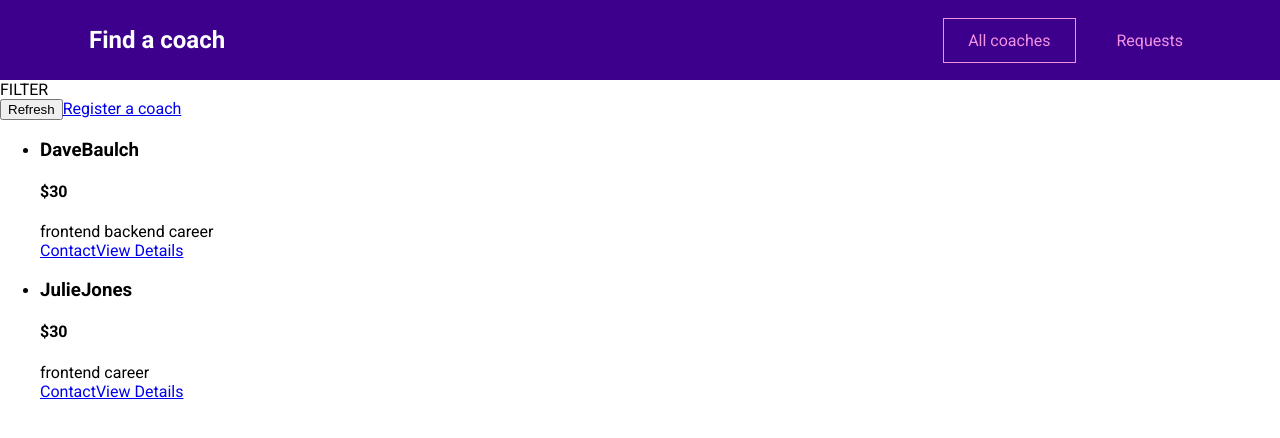
Repository: DaveBaulch/vue-course-find-a-coach
Page: /
The author's editor kept a copy of each file at every save. The page is drawn from the files as they stood at one save, then again after a run of saves.
The browser window is 1280 px wide. The pictures show the whole page.
The project was rebuilt for these pictures with package versions that can differ from the ones it lists, and the page was loaded fresh each time. Also part of the build but not shown: src/pages/coaches/CoachDetail.vue, src/pages/coaches/CoachRegistration.vue, src/pages/requests/ContactCoach.vue, src/pages/requests/RequestsReceived.vue. Imported but missing from the stored project, and not drawn on this page: src/pages/NotFound.vue.

Above is the page before, as saved 2021-01-23 14:46:50.

After the next 2 saves:
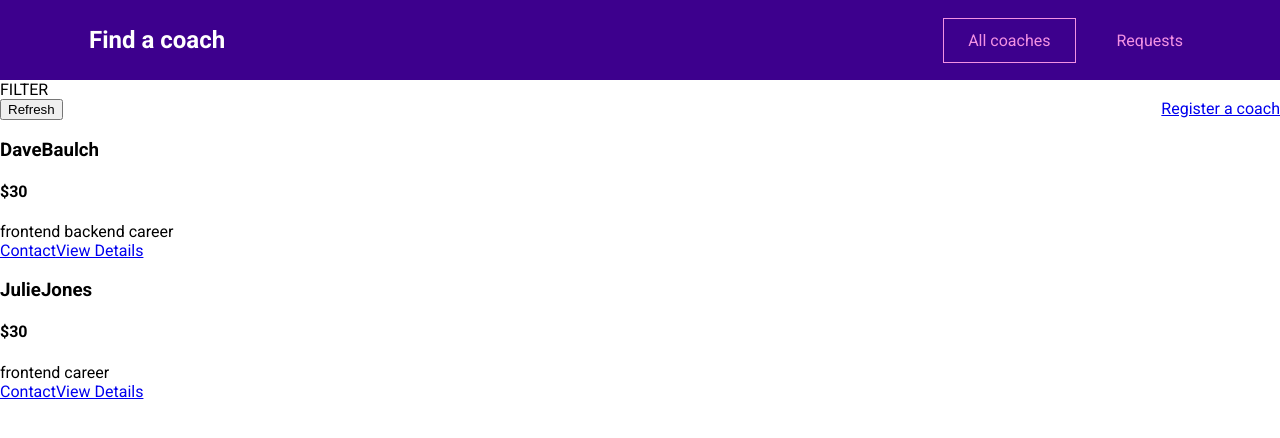
The 2 saves are shown as one change because they came seconds apart.
The last was saved 9 s later.
--- a/src/pages/coaches/CoachesList.vue
+++ b/src/pages/coaches/CoachesList.vue
@@ -42,4 +42,15 @@
   }
 </script>
 
-<sty
+<style scoped>
+  ul {
+    list-style: none;
+    margin: 0;
+    padding: 0;
+  }
+
+  .controls {
+    display: flex;
+    justify-content: space-between;
+  }
+</style>
